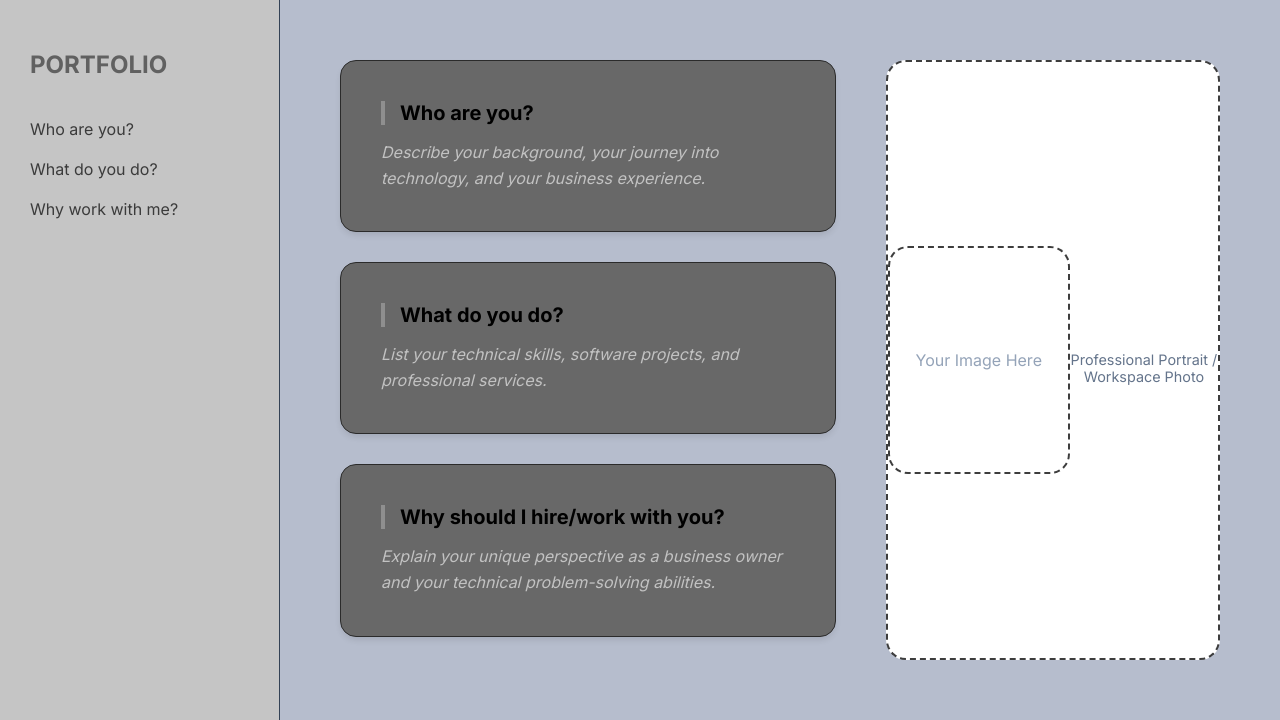
Repository: KevinSamaha/Kevin_Samaha
Page: index.html
An editor plug-in stored every save of this project. The page is shown before and after the next save, followed by the edit.
The browser window is 1280 px wide. The pictures show the whole page.

Above is the page before, as saved 2026-05-03 16:22:07.

### index.html
<!DOCTYPE html>
<html lang="en">
<head>
    <meta charset="UTF-8">
    <meta name="viewport" content="width=device-width, initial-scale=1.0">
    <title>Personal Portfolio</title>
    <!-- Linking to your CSS file -->
    <link rel="stylesheet" href="style.css">
    <!-- Google Fonts for a professional look -->
    <link href="https://fonts.googleapis.com/css2?family=Inter:wght@300;400;700&display=swap" rel="stylesheet">
</head>
<body>

    <header>
        <div class="logo">PORTFOLIO</div>
        <nav>
            <ul>
                <li><a href="#who">Who are you?</a></li>
                <li><a href="#what">What do you do?</a></li>
                <li><a href="#why">Why work with me?</a></li>
            </ul>
        </nav>
    </header>

    <main>
        <!-- Left Side: Your Questions -->
        <div class="questions-column">
            <section class="content-box">
                <h2>Who are you?</h2>
                <div class="placeholder">
                    Describe your background, your journey into technology, and your business experience.
                </div>
            </section>

            <section class="content-box">
                <h2>What do you do?</h2>
                <div class="placeholder">
                    List your technical skills, software projects, and professional services.
                </div>
            </section>

            <section class="content-box">
                <h2>Why should I hire/work with you?</h2>
                <div class="placeholder">
                    Explain your unique perspective as a business owner and your technical problem-solving abilities.
                </div>
            </section>
        </div>

        <!-- Right Side: Your Photo -->
        <div class="image-column", class="profile-container">
                <div class="profile-frame">
                    <!-- To use your photo: replace the span below with <img src="yourphoto.jpg"> -->
                    <span style="color: #94a3b8;">Your Image Here</span>
                </div>
                <p class="image-hint">Professional Portrait / Workspace Photo</p>
        </div>
    </main>

</body>
</html>

### style.css
/* General Reset */
* {
    margin: 0;
    padding: 0;
    box-sizing: border-box;
}

body {
    font-family: 'Inter', sans-serif;
    background-color: #b6bdcd; /* Dark Navy */
    color: #636363;
    display: flex;
    min-height: 100vh;
    overflow-x: hidden;
}

/* 1. Sidebar Navigation */
header {
    width: 280px;
    height: 100vh;
    background-color: #c5c5c5;
    border-right: 1px solid #334155;
    padding: 50px 30px;
    position: fixed;
    left: 0;
    top: 0;
    display: flex;
    flex-direction: column;
}

.logo {
    font-size: 1.5rem;
    font-weight: 700;
    color: #616161;
    margin-bottom: 40px;
}

nav ul {
    list-style: none;
}

nav ul li {
    margin-bottom: 20px;
}

nav a {
    text-decoration: none;
    color: #3b3b3b;
    font-size: 1rem;
    transition: color 0.3s ease;
}

nav a:hover {
    color: #848484;
}

/* 2. Main Content Container */
main {
    margin-left: 280px; /* Space for the sidebar */
    width: 100%;
    display: flex;
    padding: 60px;
    gap: 50px;
}

/* Left Column: The Questions */
.questions-column {
    flex: 1.2;
    display: flex;
    flex-direction: column;
    gap: 30px;
}

.content-box {
    background-color: #686868;
    padding: 40px;
    border-radius: 16px;
    border: 1px solid #2b2b2b;
    box-shadow: 0 4px 6px -1px rgba(0, 0, 0, 0.1);
}

h2 {
    font-size: 1.25rem;
    margin-bottom: 15px;
    color: #000000;
    border-left: 4px solid #8f8f8f;
    padding-left: 15px;
}

.placeholder {
    color: #c2c2c2;
    font-style: italic;
    line-height: 1.6;
}

/* Right Column: The Image Area */
.image-column {
    flex: 0.8;
    display: flex;
    justify-content: center;
    align-items: flex-start;
    width: 100%;
    max-width: 400px;
    position: sticky;
    top: 60px;
    width: 100%;
    aspect-ratio: 4 / 5;
    background-color: #ffffff;
    border: 2px dashed #3d3d3d;
    border-radius: 20px;
    display: flex;
    align-items: center;
    justify-content: center;
    overflow: hidden;
}

.profile-container {
    width: 100%;
    max-width: 400px;
    position: sticky;
    top: 60px;
}

.profile-frame {
    width: 100%;
    aspect-ratio: 4 / 5;
    background-color: #ffffff;
    border: 2px dashed #3d3d3d;
    border-radius: 20px;
    display: flex;
    align-items: center;
    justify-content: center;
    overflow: hidden;
}

.profile-frame img {
    width: 100%;
    height: 100%;
    object-fit: cover;
}

.image-hint {
    color: #64748b;
    text-align: center;
    font-size: 0.9rem;
    margin-top: 15px;
}

/* Responsive design for tablets and phones */
@media (max-width: 1024px) {
    body { flex-direction: column; }
    header { width: 100%; height: auto; position: relative; border-right: none; border-bottom: 1px solid #334155; }
    main { margin-left: 0; flex-direction: column; padding: 30px; }
    .profile-container { position: relative; top: 0; max-width: 100%; }
    .image-column { order: -1; }
}

After the next save:
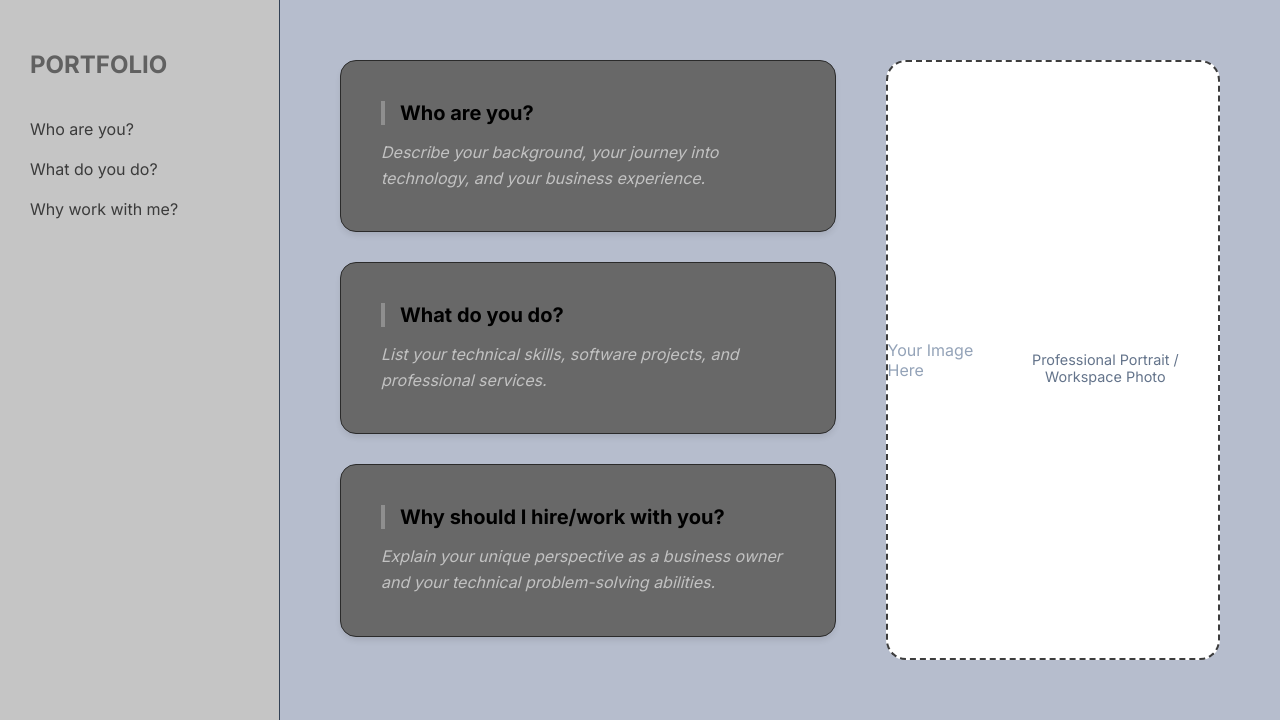
Saved 7 s later.
--- a/style.css
+++ b/style.css
@@ -114,24 +114,7 @@ h2 {
     overflow: hidden;
 }
 
-.profile-container {
-    width: 100%;
-    max-width: 400px;
-    position: sticky;
-    top: 60px;
-}
 
-.profile-frame {
-    width: 100%;
-    aspect-ratio: 4 / 5;
-    background-color: #ffffff;
-    border: 2px dashed #3d3d3d;
-    border-radius: 20px;
-    display: flex;
-    align-items: center;
-    justify-content: center;
-    overflow: hidden;
-}
 
 .profile-frame img {
     width: 100%;
